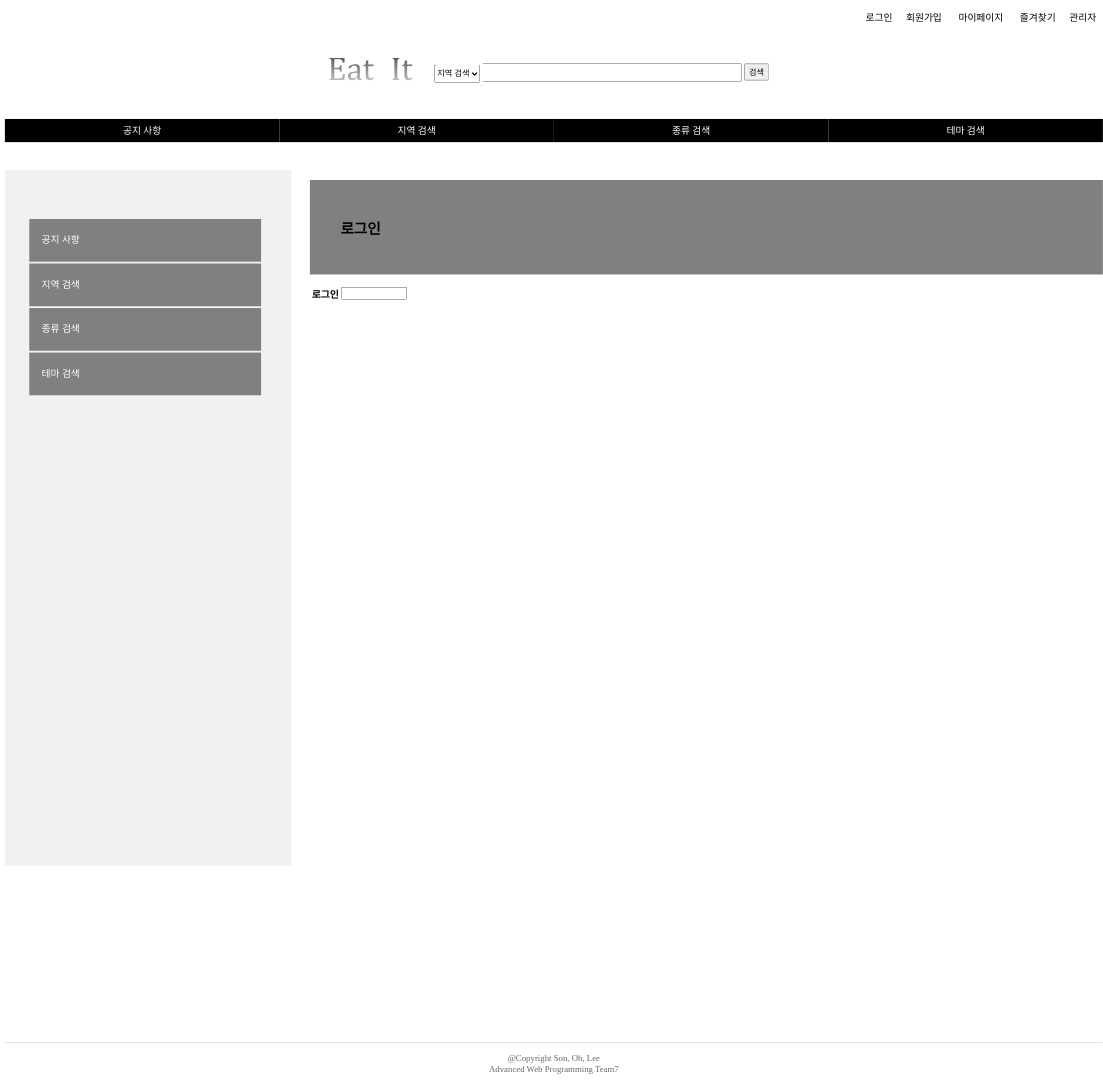
Repository: sonminho/aos
Page: http://localhost/EatIt/login.jsp
The author's editor kept a copy of each file at every save. The page is drawn from the files as they stood at one save, then again after the next save.
The browser window is 1280 px wide. The page is 1808 px wide, so the pictures cover 1808 px, including what lies to the right of the window. The pictures show the whole page, at 61% of full size.
Some web libraries are served in a nearby version. The page is served by Tomcat 9.

Above is the page before, as saved 2017-12-11 11:17:44.
Console error: TypeError: Cannot read properties of undefined (reading 'style')

After the next save:
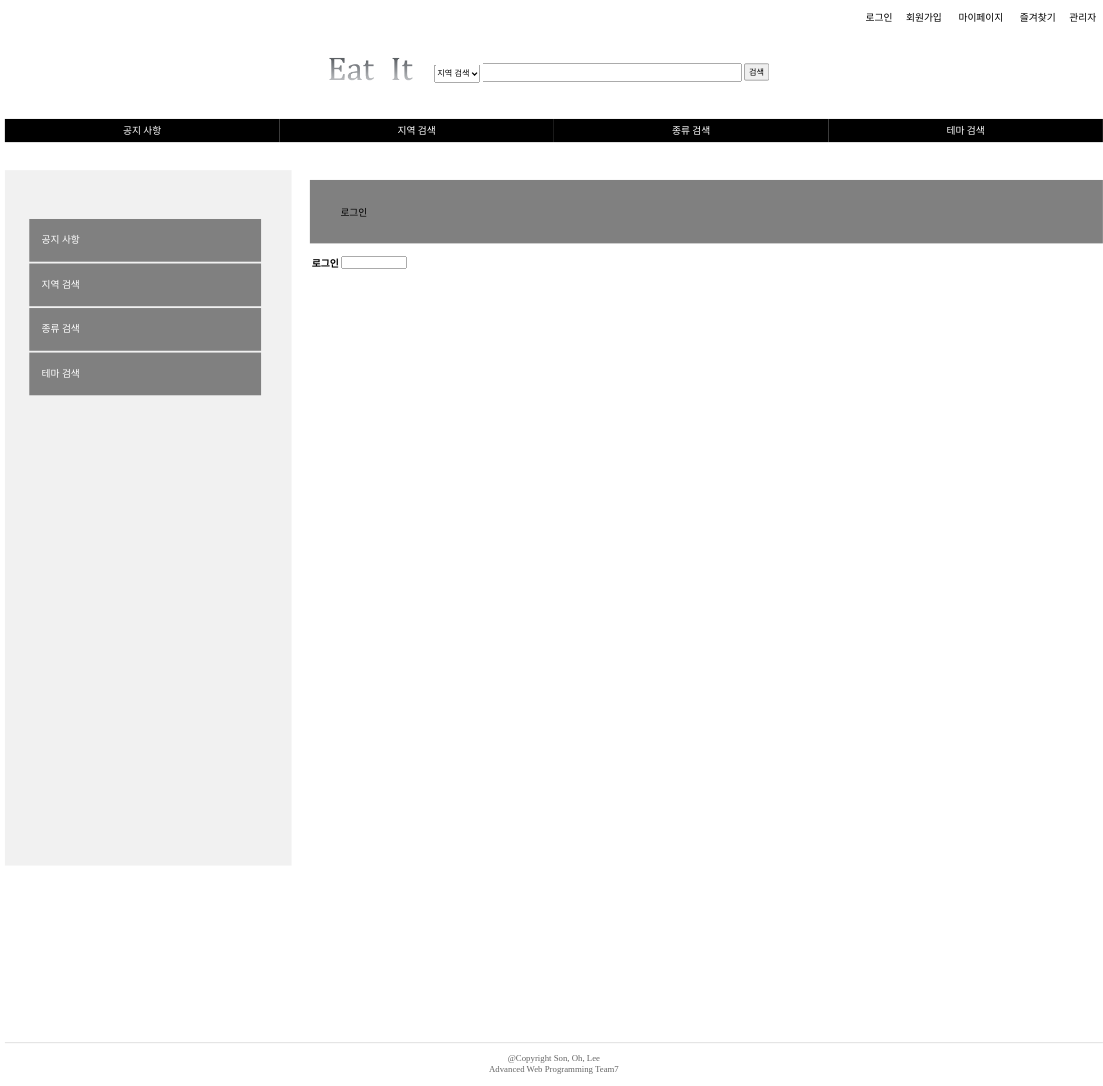
Saved 12 s later.
--- a/EatIt/EatIt/WebContent/login.jsp
+++ b/EatIt/EatIt/WebContent/login.jsp
@@ -417,7 +417,7 @@ $(function() {
 	</div> <!-- side bar -->
 	<div id="content">
 		<ul>
-			<h2>로그인</h2>
+			<li>로그인</li>
 		</ul>
 		<div id="content_list">
 			<table>
